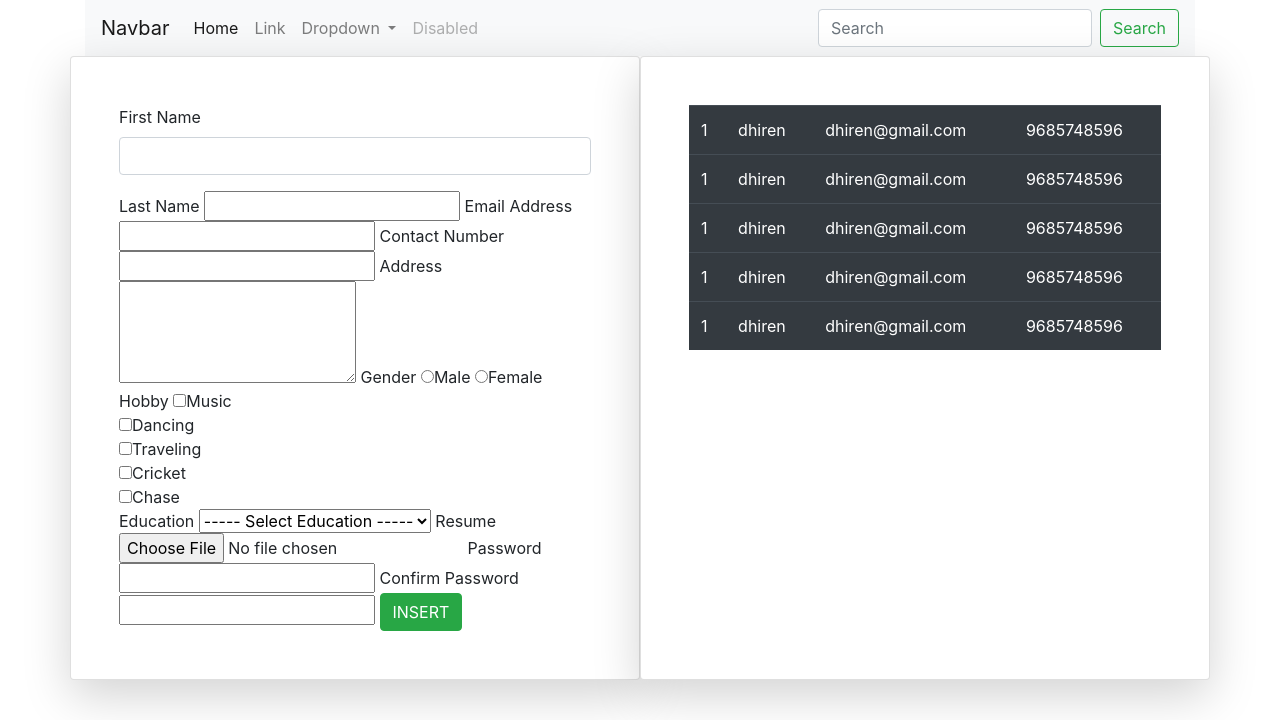
Repository: dhiren1618/OCT-JAVA-2023
Page: http://localhost/AdvancedJava/bootstrap.jsp
An editor plug-in stored every save of this project. The page is shown before and after the next save, followed by the edit.
The browser window is 1280 px wide. The pictures show the whole page.
The page is served by Tomcat 9.

Above is the page before, as saved 2024-06-15 11:01:40.

After the next save:
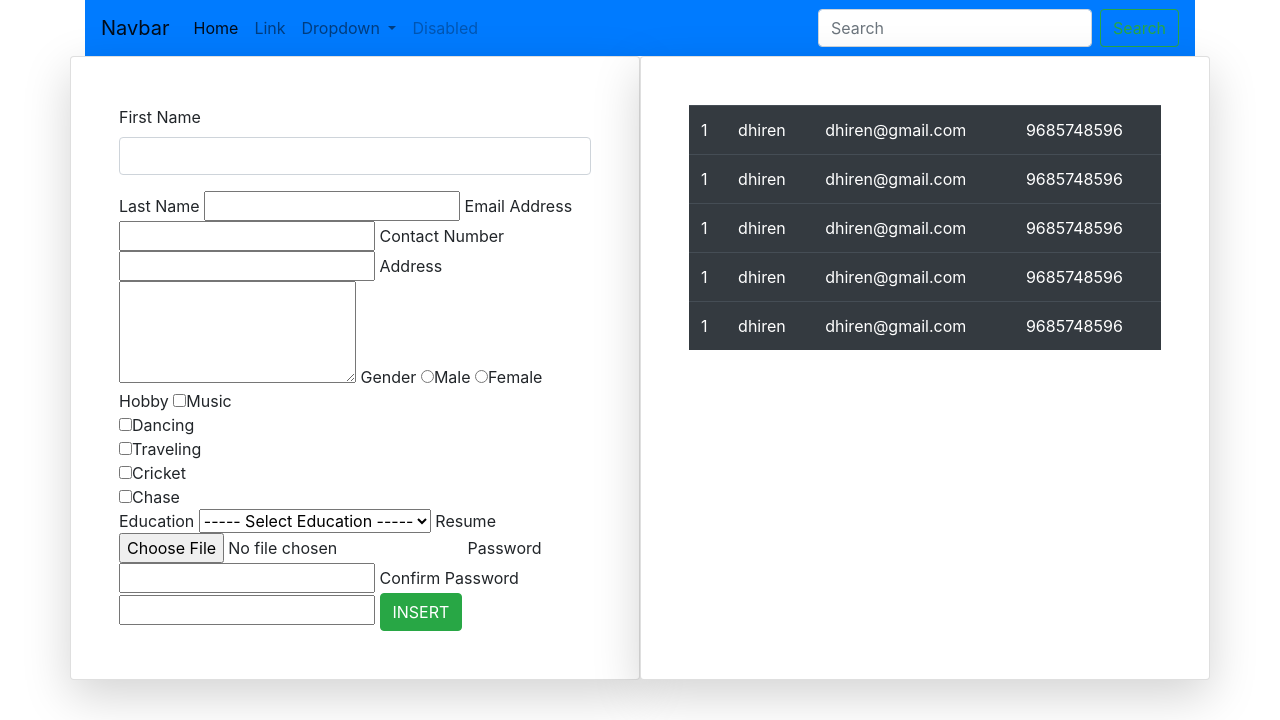
Saved 41 s later.
--- a/AdvancedJava/src/main/webapp/bootstrap.jsp
+++ b/AdvancedJava/src/main/webapp/bootstrap.jsp
@@ -16,7 +16,7 @@
 <body>
 
 	<div class="container">
-	<nav class="navbar navbar-expand-lg navbar-light bg-light">
+	<nav class="navbar navbar-expand-lg navbar-light bg-primary">
   <a class="navbar-brand" href="#">Navbar</a>
   <button class="navbar-toggler" type="button" data-toggle="collapse" data-target="#navbarSupportedContent" aria-controls="navbarSupportedContent" aria-expanded="false" aria-label="Toggle navigation">
     <span class="navbar-toggler-icon"></span>
